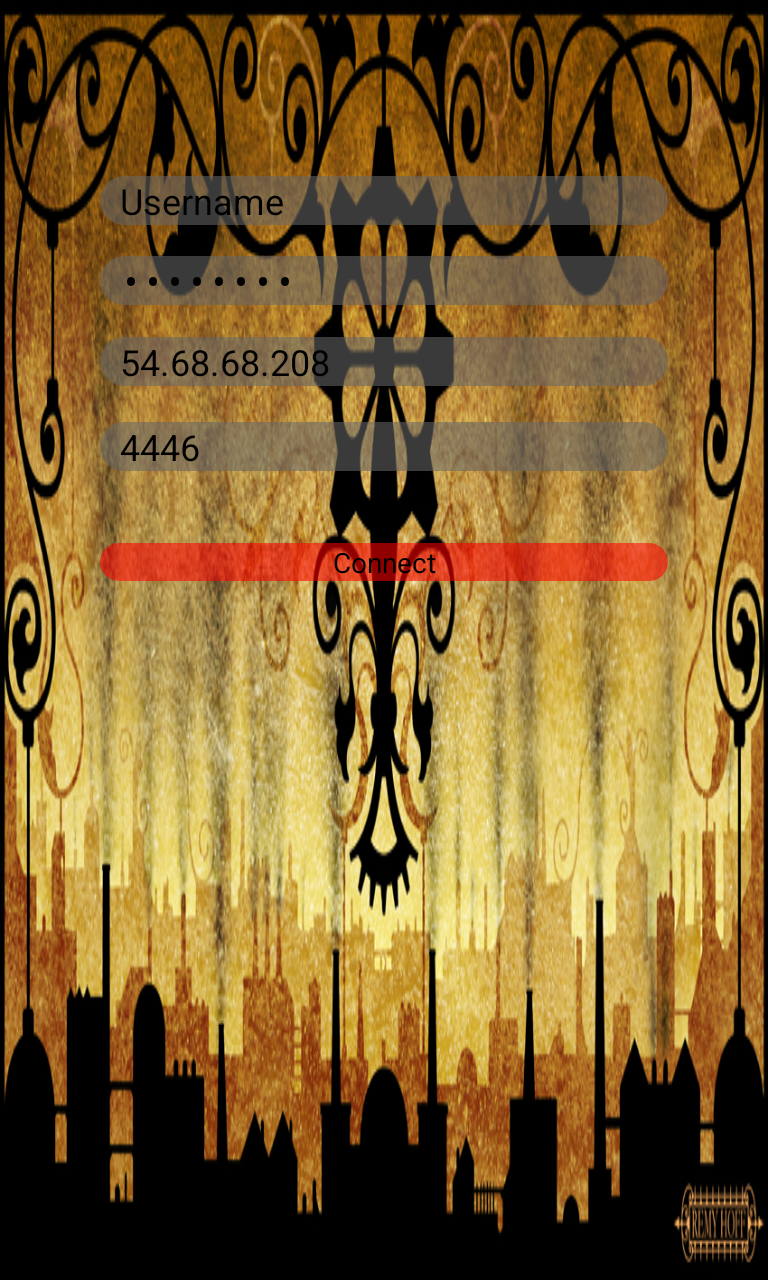
Repository: jkrepps/CSCE-482
Layout: Mobile Client (eclipse)/Industry of Deciet/res/layout/mains.xml
These files come from the project's save history. The layout is drawn as it stood at one moment and after the next save; the edit follows.
It is drawn on a 768 x 1280 px phone screen (xhdpi) without system bars, with theme AppTheme; the app's code is not run.

Above is the layout before, as saved 2014-12-03 11:11:21.

### Mobile Client (eclipse)/Industry of Deciet/res/layout/mains.xml
<?xml version="1.0" encoding="utf-8"?>
<FrameLayout xmlns:android="http://schemas.android.com/apk/res/android"
    android:layout_width="match_parent"
    android:layout_height="match_parent"
    android:background="@drawable/background_opening"
    android:theme="@android:style/Theme.NoTitleBar"
    >

    <!-- android:background="#0099cc"
         The primary full-screen view. This can be replaced with whatever view
         is needed to present your content, e.g. VideoView, SurfaceView,
         TextureView, etc.

    -->

    <!--
         This FrameLayout insets its children based on system windows using
         android:fitsSystemWindows.
    -->

    <RelativeLayout
        android:layout_width="match_parent"
        android:layout_height="match_parent"
        android:focusable="false"
        android:focusableInTouchMode="false"
        android:paddingLeft="50dp"
        android:paddingRight="50dp" >

        <EditText
            android:id="@+id/editText3"
            android:layout_width="match_parent"
            android:layout_height="wrap_content"
            android:layout_alignParentLeft="true"
            android:layout_below="@+id/editText2"
            android:layout_marginTop="16dp"
            android:background="@drawable/roundededittext"
            android:ems="10"
            android:inputType="textPersonName"
            android:paddingLeft="10dp"
            android:text="@string/IP"
            android:textColor="#FF000000" />

        <EditText
            android:id="@+id/editText4"
            android:layout_width="match_parent"
            android:layout_height="wrap_content"
            android:layout_alignParentLeft="true"
            android:layout_below="@+id/editText3"
            android:layout_marginTop="18dp"
            android:background="@drawable/roundededittext"
            android:ems="10"
            android:inputType="textPersonName"
            android:paddingLeft="10dp"
            android:text="@string/Port"
            android:textColor="#FF000000" />

        <EditText
            android:id="@+id/editText2"
            android:layout_width="match_parent"
            android:layout_height="wrap_content"
            android:layout_alignParentLeft="true"
            android:layout_alignParentTop="true"
            android:layout_marginTop="128dp"
            android:background="@drawable/roundededittext"
            android:ems="10"
            android:inputType="textPassword"
            android:paddingLeft="10dp"
            android:selectAllOnFocus="true"
            android:text="Password"
            android:textColor="#FF000000" />

        <Button
            android:id="@+id/button1"
            android:layout_width="match_parent"
            android:layout_height="wrap_content"
            android:layout_alignParentLeft="true"
            android:layout_below="@+id/editText4"
            android:layout_marginTop="36dp"
            android:background="@drawable/roundedbutton"
            android:shadowColor="#FFFFFF"
            android:text="@string/button_main_menu"
            android:textColor="#FF000000" />

        <EditText
            android:id="@+id/editText1"
            android:layout_width="match_parent"
            android:layout_height="wrap_content"
            android:layout_alignBottom="@+id/editText2"
            android:layout_alignParentLeft="true"
            android:layout_marginBottom="40dp"
            android:background="@drawable/roundededittext"
            android:ems="10"
            android:inputType="textPersonName"
            android:paddingLeft="10dp"
            android:selectAllOnFocus="true"
            android:text="Username"
            android:textColor="#FF000000" />

    </RelativeLayout>

</FrameLayout>

### Mobile Client (eclipse)/Industry of Deciet/res/drawable-hdpi/roundededittext.xml
<?xml version="1.0" encoding="utf-8"?>
<!--  res/drawable/rounded_edittext.xml -->
<shape xmlns:android="http://schemas.android.com/apk/res/android"
android:shape="rectangle" android:padding="10dp">
 <solid android:color="#90676767"/>
    <corners
     android:bottomRightRadius="15dp"
     android:bottomLeftRadius="15dp"
  android:topLeftRadius="15dp"
  android:topRightRadius="15dp"/>
</shape>

### Mobile Client (eclipse)/Industry of Deciet/res/values/strings.xml
<?xml version="1.0" encoding="utf-8"?>
<resources>

    <string name="app_name">Industry of Deceit</string>
    <string name="dummy_button">Dummy Button</string>
    <string name="dummy_content">DUMMY\nCONTENT</string>
    <string name="hello_world">Hello world!</string>
    <string name="userText">Enter Text </string>
    <string name="menu_settings">Settings</string>
    <string name="username">yo</string>
    <string name="password">hihi</string>
    <string name="IP">54.68.68.208 </string>
    <string name="Port">4446 </string>
    <string name="button_main_menu">Connect</string>
    <string name="Centered"></string>

</resources>

### Mobile Client (eclipse)/Industry of Deciet/res/drawable-hdpi/roundedbutton.xml
<?xml version="1.0" encoding="UTF-8"?>
 <shape xmlns:android="http://schemas.android.com/apk/res/android"
  android:shape="rectangle" android:padding="10dp">
 <solid android:color="#90FF0000"/> <!-- this one is ths color of the Rounded Button -->
  <corners
   android:bottomRightRadius="10dp"
   android:bottomLeftRadius="10dp"
   android:topLeftRadius="10dp"
   android:topRightRadius="10dp"/>
</shape>

Loaded but not shown: Mobile Client (eclipse)/Industry of Deciet/res/values/styles.xml (common file); Mobile Client (eclipse)/Industry of Deciet/res/values-v11/styles.xml (common file); Mobile Client (eclipse)/Industry of Deciet/res/values-v14/styles.xml (common file)

After the next save:
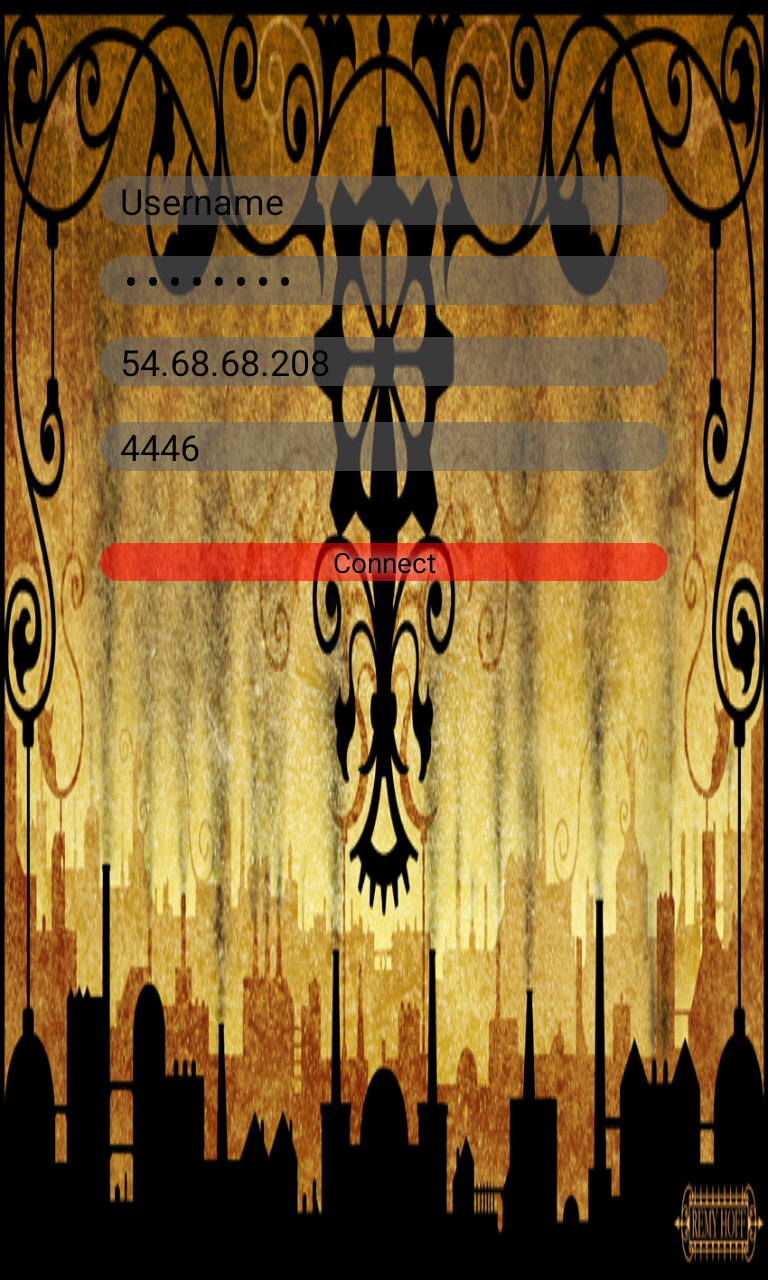
Saved 80 s later.
--- a/Mobile Client (eclipse)/Industry of Deciet/res/layout/mains.xml
+++ b/Mobile Client (eclipse)/Industry of Deciet/res/layout/mains.xml
@@ -78,6 +78,9 @@
             android:layout_marginTop="36dp"
             android:background="@drawable/roundedbutton"
             android:shadowColor="#FFFFFF"
+            android:shadowDx="0"
+            android:shadowDy="0"
+            android:shadowRadius="10"
             android:text="@string/button_main_menu"
             android:textColor="#FF000000" />
 

After the save that followed:
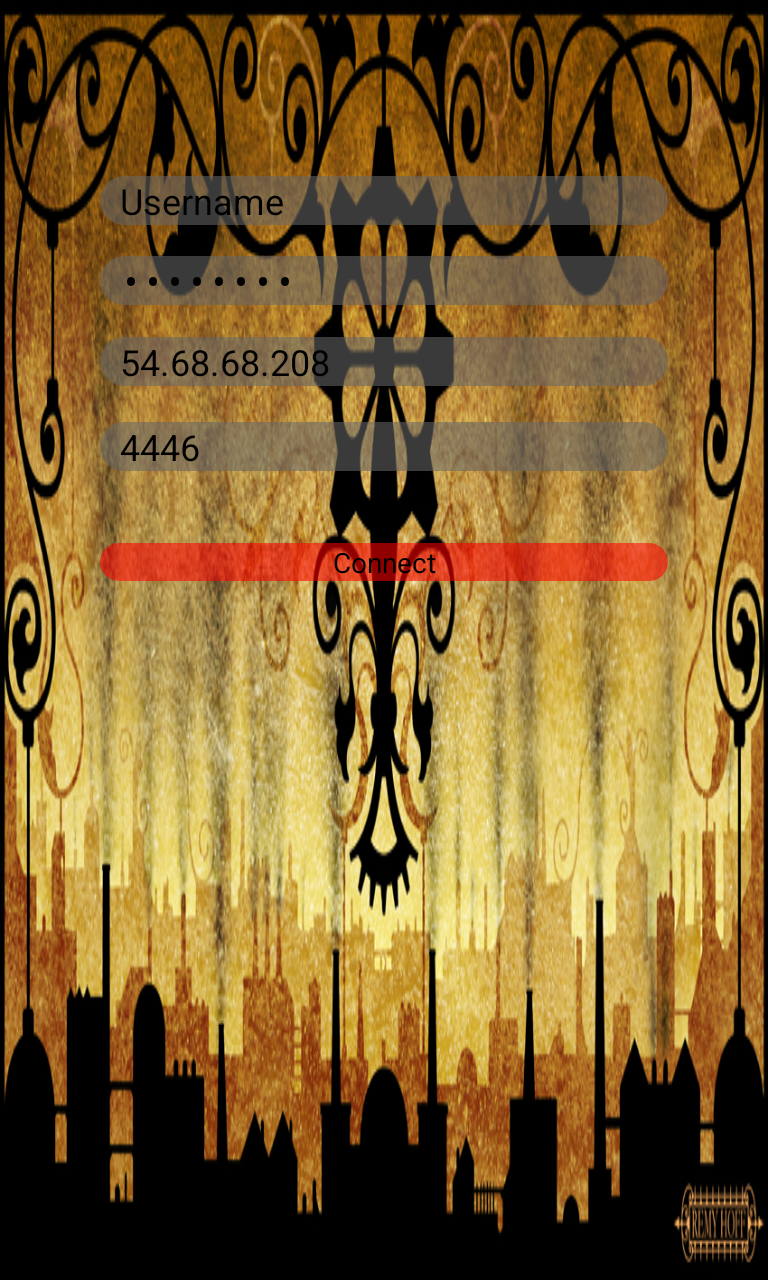
Saved 50 s later.
--- a/Mobile Client (eclipse)/Industry of Deciet/res/layout/mains.xml
+++ b/Mobile Client (eclipse)/Industry of Deciet/res/layout/mains.xml
@@ -77,10 +77,6 @@
             android:layout_below="@+id/editText4"
             android:layout_marginTop="36dp"
             android:background="@drawable/roundedbutton"
-            android:shadowColor="#FFFFFF"
-            android:shadowDx="0"
-            android:shadowDy="0"
-            android:shadowRadius="10"
             android:text="@string/button_main_menu"
             android:textColor="#FF000000" />
 
